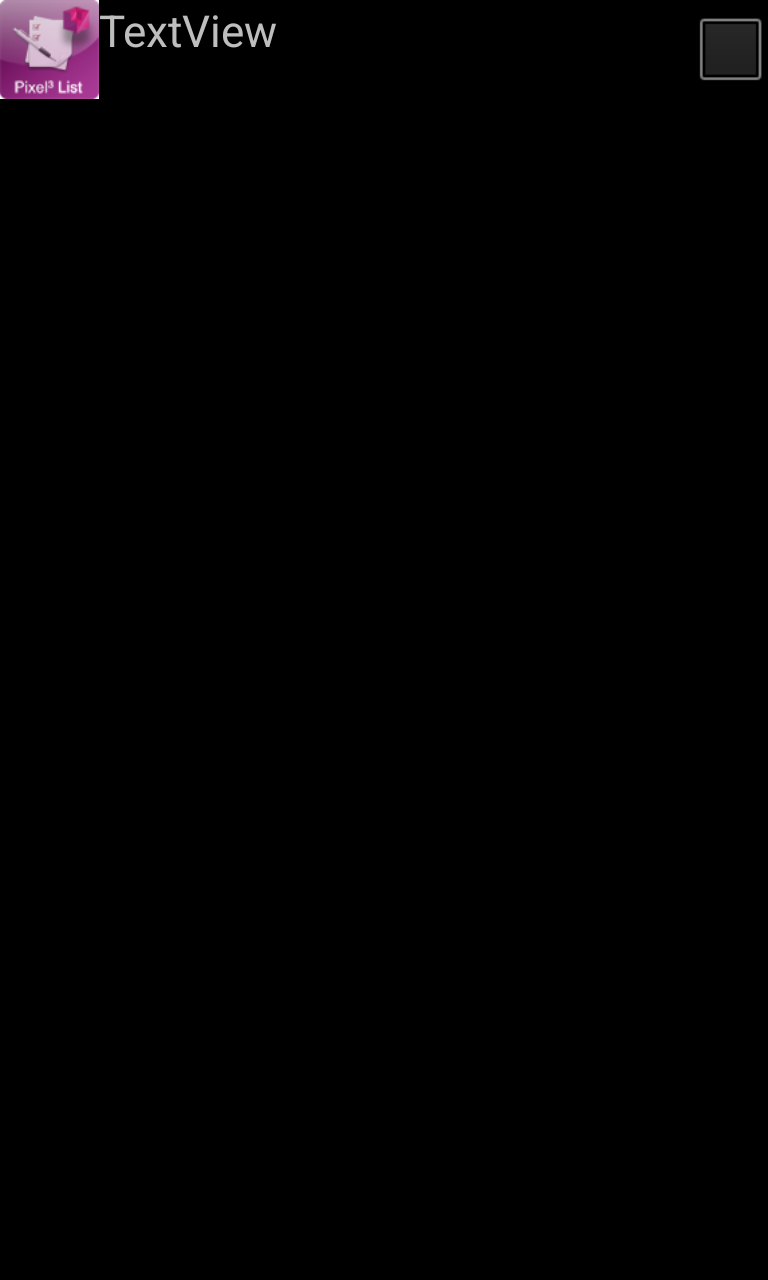
Repository: pixel3mobi/listaDigital
Layout: Pixel3List/res/layout/item.xml
The author's editor kept a copy of each file at every save. The layout is drawn from the files as they stood at one save, then again after the next save.
It is drawn on a 768 x 1280 px phone screen (xhdpi) without system bars, with theme android:Theme; the app's code is not run.

Above is the layout before, as saved 2011-03-21 01:01:16.

### Pixel3List/res/layout/item.xml
<?xml version="1.0" encoding="utf-8"?>
<RelativeLayout
	xmlns:android="http://schemas.android.com/apk/res/android"
	android:id="@+id/widget51"
	android:layout_width="fill_parent"
	android:layout_height="fill_parent">
	<ImageView
		android:id="@+id/widget39"
		android:src="@drawable/icon"
		android:layout_width="wrap_content"
		android:layout_height="wrap_content"
		android:layout_alignParentTop="true"
		android:layout_alignParentLeft="true">
	</ImageView>
	<TextView
		android:id="@+id/widget40"
		android:layout_width="wrap_content"
		android:layout_height="wrap_content"
		android:text="TextView"
		android:textSize="22dp"
		android:layout_alignParentTop="true"
		android:layout_toRightOf="@+id/widget39">
	</TextView>
	<CheckBox
		android:id="@+id/widget41"
		android:layout_width="wrap_content"
		android:layout_height="wrap_content"
		android:layout_alignParentTop="true"
		android:layout_alignParentRight="true">
	</CheckBox>
</RelativeLayout>

After the next save:
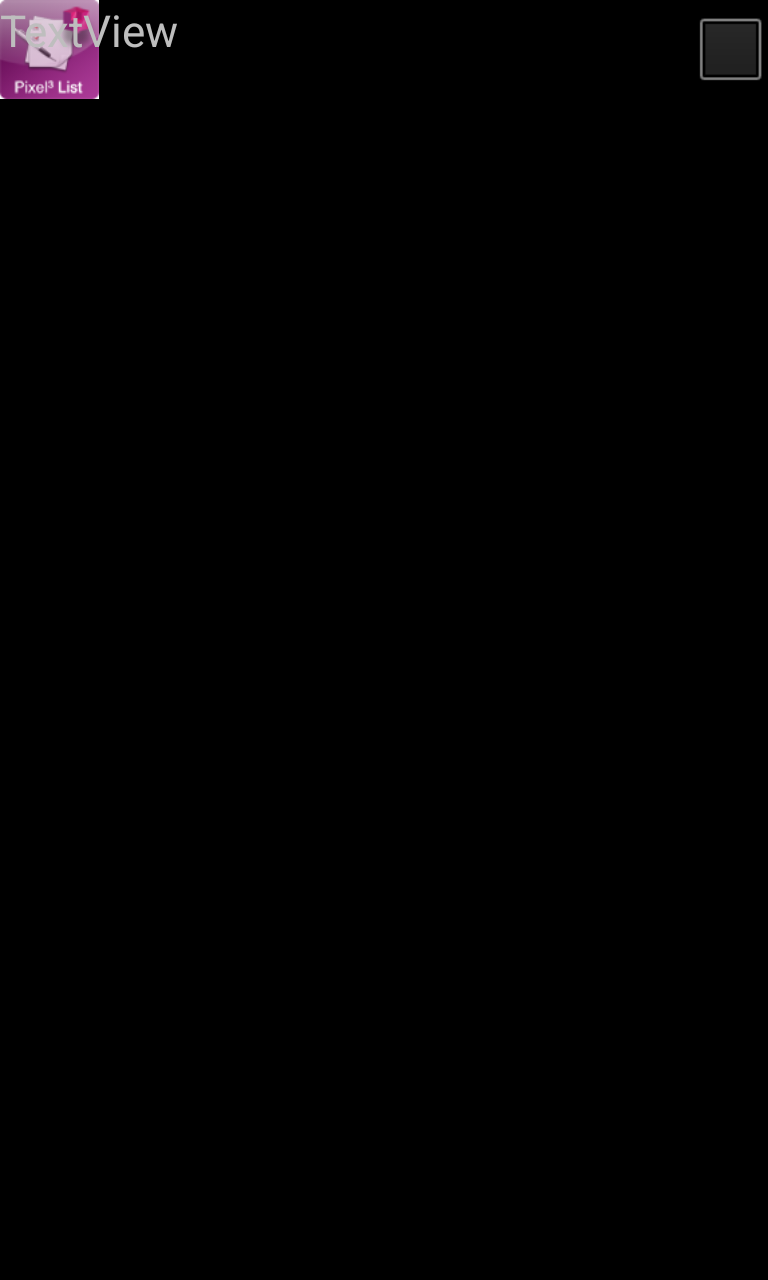
Saved 25 min 0 s later.
--- a/Pixel3List/res/layout/item.xml
+++ b/Pixel3List/res/layout/item.xml
@@ -5,7 +5,7 @@
 	android:layout_width="fill_parent"
 	android:layout_height="fill_parent">
 	<ImageView
-		android:id="@+id/widget39"
+		android:id="@+id/fotoALuno"
 		android:src="@drawable/icon"
 		android:layout_width="wrap_content"
 		android:layout_height="wrap_content"
@@ -13,7 +13,7 @@
 		android:layout_alignParentLeft="true">
 	</ImageView>
 	<TextView
-		android:id="@+id/widget40"
+		android:id="@+id/nomeAluno"
 		android:layout_width="wrap_content"
 		android:layout_height="wrap_content"
 		android:text="TextView"
@@ -22,7 +22,7 @@
 		android:layout_toRightOf="@+id/widget39">
 	</TextView>
 	<CheckBox
-		android:id="@+id/widget41"
+		android:id="@+id/checkAluno"
 		android:layout_width="wrap_content"
 		android:layout_height="wrap_content"
 		android:layout_alignParentTop="true"

After the save that followed:
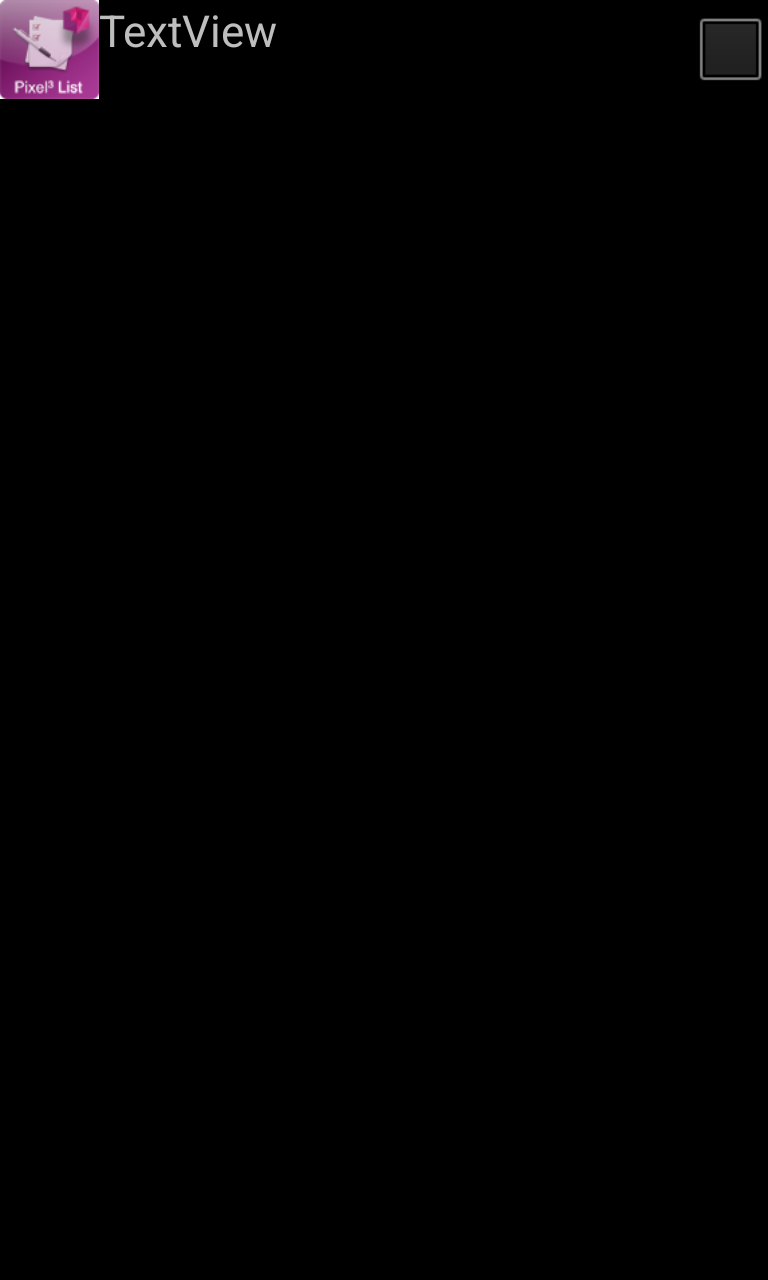
Saved 4 min 57 s later.
--- a/Pixel3List/res/layout/item.xml
+++ b/Pixel3List/res/layout/item.xml
@@ -13,13 +13,13 @@
 		android:layout_alignParentLeft="true">
 	</ImageView>
 	<TextView
+		android:layout_height="wrap_content"
+		android:textSize="22dp"
+		android:text="TextView"
 		android:id="@+id/nomeAluno"
 		android:layout_width="wrap_content"
-		android:layout_height="wrap_content"
-		android:text="TextView"
-		android:textSize="22dp"
-		android:layout_alignParentTop="true"
-		android:layout_toRightOf="@+id/widget39">
+		android:layout_toRightOf="@+id/fotoALuno"
+		android:layout_alignTop="@+id/fotoALuno">
 	</TextView>
 	<CheckBox
 		android:id="@+id/checkAluno"
